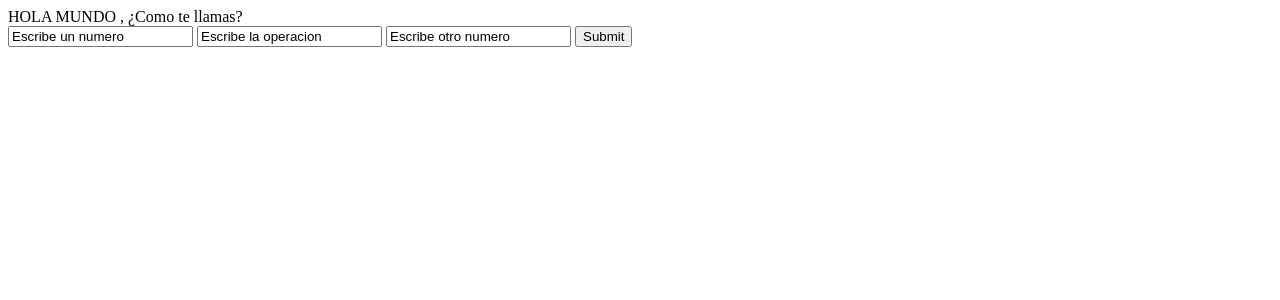
Repository: josevazquez99/DesarrolloWebEnEntornoServidor
Page: HolaMundo/src/main/webapp/index.html
The author's editor kept a copy of each file at every save. The page is drawn from the files as they stood at one save, then again after the next save.
The browser window is 1280 px wide. The pictures show the whole page.

Above is the page before, as saved 2023-09-28 08:41:57.

### HolaMundo/src/main/webapp/index.html
<!DOCTYPE html>

<html>

<head>

<meta charset="UTF-8">

<title>Insert title here</title>

</head>

<body>

HOLA MUNDO , ¿Como te llamas?


<form action="saluda" method="post">

<input type="text" name="name" value="Escribe un numero"></input>
<input type="text" name="name" value="Escribe la operacion"></input>
<input type="text" name="name" value="Escribe otro numero"></input>


<input type="submit" placeholder="Dame el resultado">

</form>


</body>

</html>

After the next save:
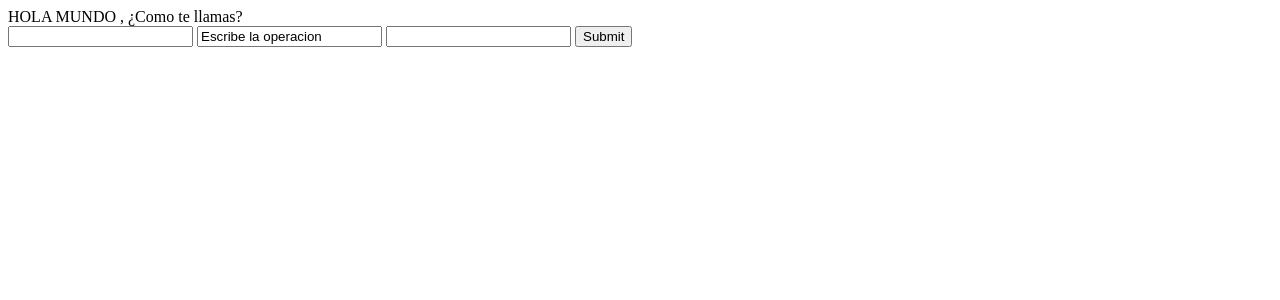
Saved 27 s later.
--- a/HolaMundo/src/main/webapp/index.html
+++ b/HolaMundo/src/main/webapp/index.html
@@ -17,9 +17,9 @@ HOLA MUNDO , ¿Como te llamas?
 
 <form action="saluda" method="post">
 
-<input type="text" name="name" value="Escribe un numero"></input>
+<input type="number" name="name" value="Escribe un numero"></input>
 <input type="text" name="name" value="Escribe la operacion"></input>
-<input type="text" name="name" value="Escribe otro numero"></input>
+<input type="number" name="name" value="Escribe otro numero"></input>
 
 
 <input type="submit" placeholder="Dame el resultado">
